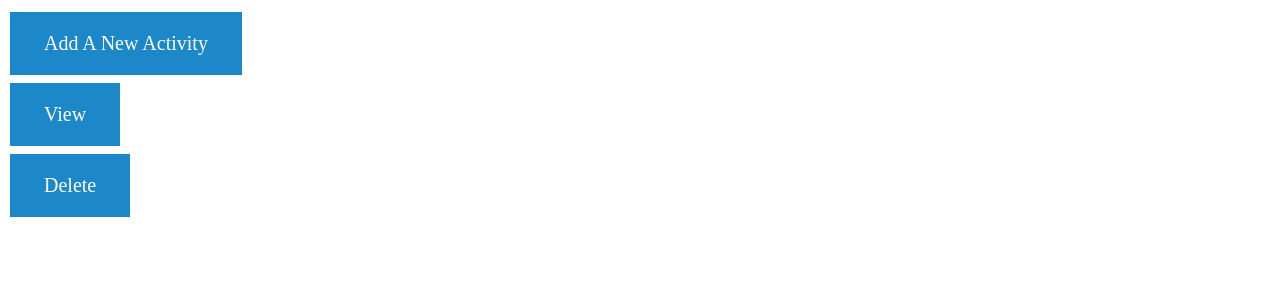
Repository: Malz6/DBMS-ActivityTracking
Page: dbs/WebContent/studentch.html
These files come from the project's save history. The page is drawn as it stood at one moment and after the next save; the edit follows.
The browser window is 1280 px wide. The pictures show the whole page.

Above is the page before, as saved 2019-12-11 08:30:11.

### dbs/WebContent/studentch.html
<!DOCTYPE html>
<html>
   <head>
      <title>student update</title>
      <style>
         .button {
         background-color: #1c87c9;
         border: none;
         color: white;
         padding: 20px 34px;
         text-align: center;
         text-decoration: none;
         display: inline-block;
         font-size: 20px;
         margin: 4px 2px;
         cursor: pointer;
         }
      </style>
   </head>
   <body>
      <a href="insert.html" class="button">Add A New Activity</a><br/>
      <a href="view.html" class="button">View</a><br/>
      <a href="delete.html" class="button">Delete</a><br/>
   </body>
</html>

After the next save:
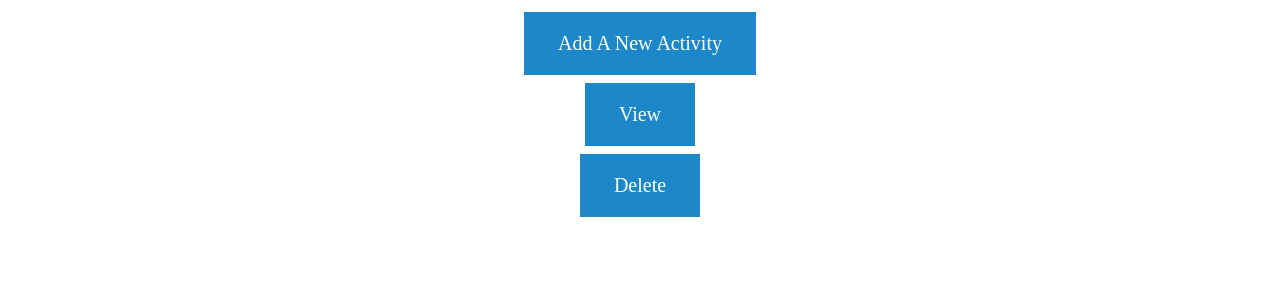
Saved 71 s later.
--- a/dbs/WebContent/studentch.html
+++ b/dbs/WebContent/studentch.html
@@ -18,8 +18,8 @@
       </style>
    </head>
    <body>
-      <a href="insert.html" class="button">Add A New Activity</a><br/>
-      <a href="view.html" class="button">View</a><br/>
-      <a href="delete.html" class="button">Delete</a><br/>
+      <center><a href="insert.html" class="button">Add A New Activity</a><br/></center>
+       <center><a href="view.html" class="button">View</a><br/></center>
+       <center><a href="delete.html" class="button">Delete</a><br/></center>
    </body>
 </html>
